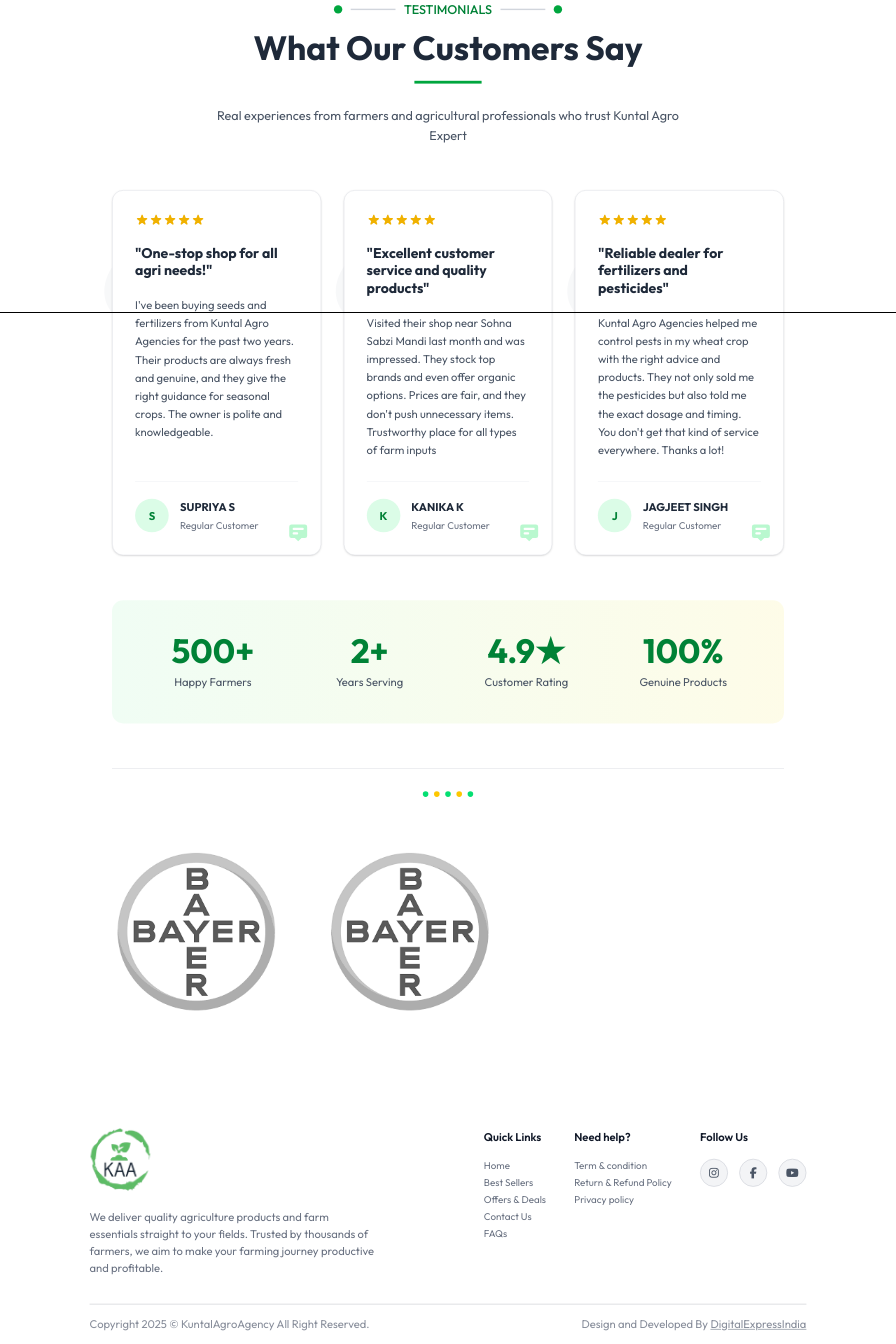
Repository: deepak445566/agro
Page: / (app in client/)
An editor plug-in stored every save of this project. The page is shown before and after a run of saves, followed by the edit.
The browser window is 1280 px wide. The pictures show the part of the page from y = 2458 to 4378 px (the page is 4378 px tall before and 4329 px after), at 70% of full size.
The page's requests for data from a server got no answer. Some web fonts or font styles are not loaded; a fallback is used. Some web libraries are served in a nearby version. The project was rebuilt for these pictures with package versions that can differ from the ones it lists, and the page was loaded fresh each time. No one was signed in, and anything a server would have sent is missing. Also part of the build but not shown: client/vite.config.js, client/src/components/ProductCard.jsx, client/src/components/BottomBanner.jsx, client/src/components/NewsLetter.jsx, client/src/components/Login.jsx, client/src/pages/AllProduct.jsx, client/src/pages/Productcato.jsx, client/src/pages/ProductDetail.jsx and 13 more.

Above is the page before, as saved 2025-12-23 14:28:00.

After the next 3 saves:
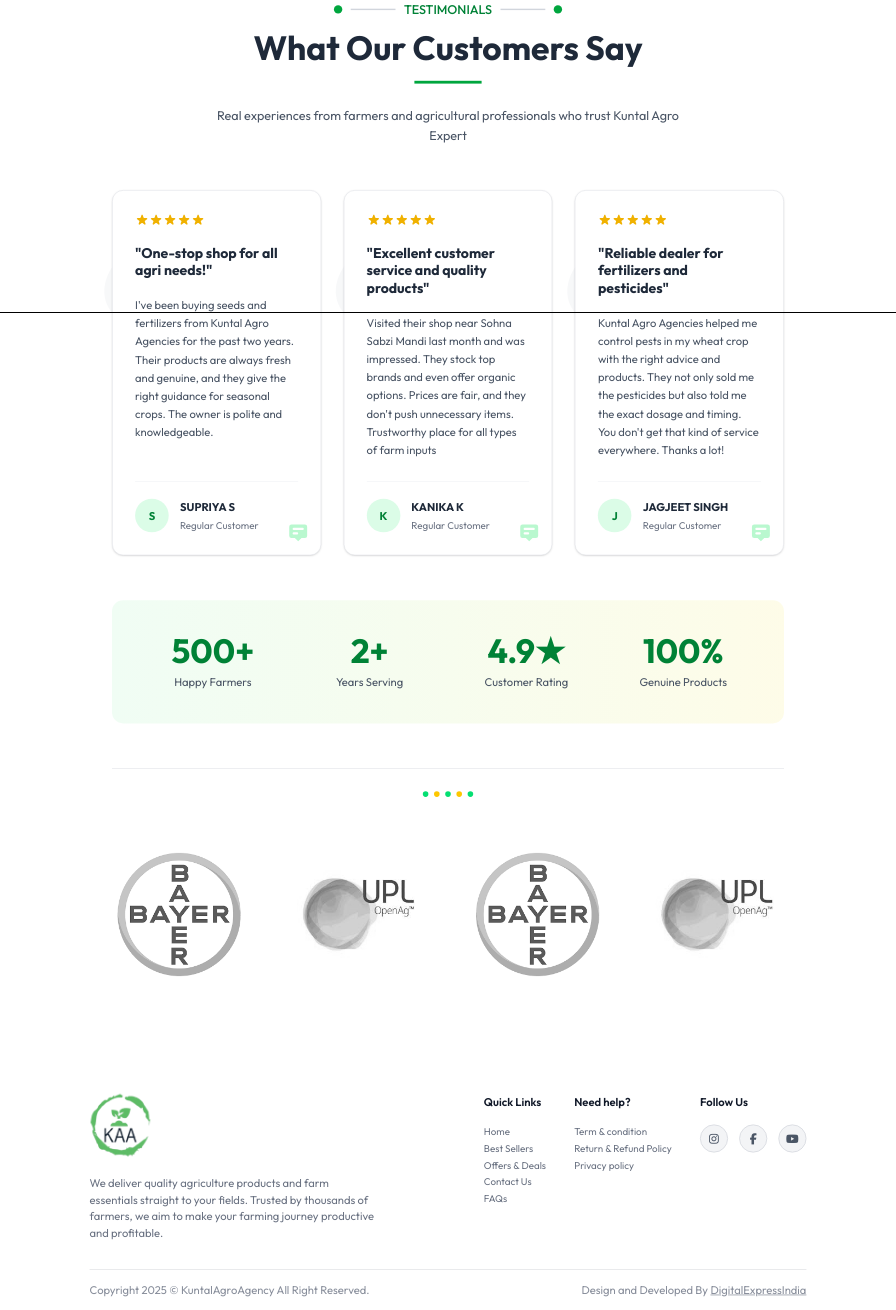
The 3 saves are shown as one change because they came seconds apart.
The last was saved 23 s later.
--- a/client/src/components/Brands.jsx
+++ b/client/src/components/Brands.jsx
@@ -3,7 +3,7 @@
 
 const Brands = () => {
     const brandFiles = [
-       "pi1.png"
+       "pi1.png","pi2.jpg"
     ];
 
     return (
